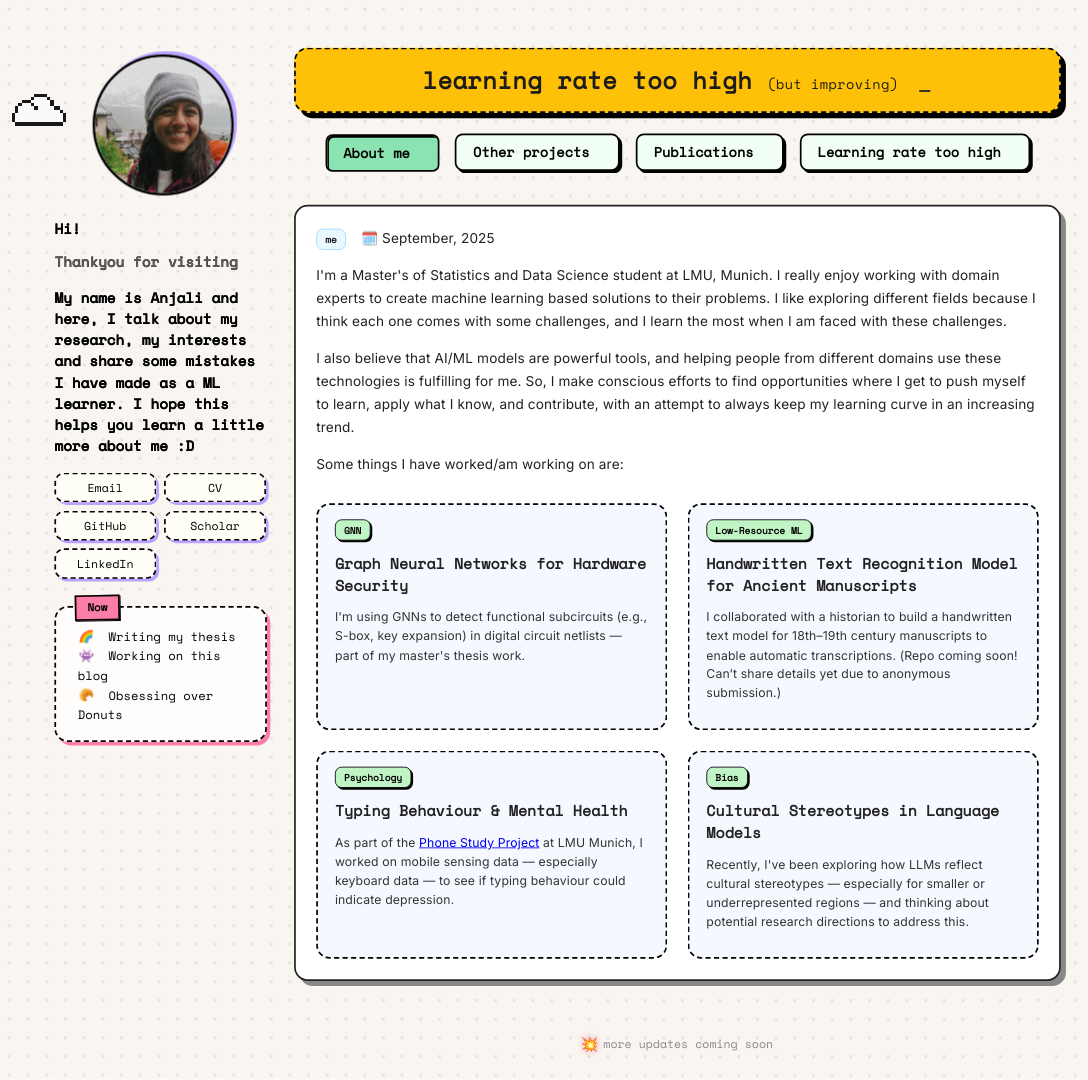
Repository: anjalisarawgi/learning_rate_too_high
Page: index.html
The author's editor kept a copy of each file at every save. The page is drawn from the files as they stood at one save, then again after the next save.
The browser window is 1280 px wide. The pictures show the whole page, at 85% of full size.

Above is the page before, as saved 2025-11-04 15:25:10.

### index.html
<!DOCTYPE html>
<html lang="en">
<head>
  <meta charset="UTF-8" />
  <meta name="viewport" content="width=device-width, initial-scale=1.0" />
  <meta name="title" content="Learning Rate Too High – Machine Learning Mistakes by Anjali Sarawgi">
  <meta name="description" content="A lighthearted blog documenting my ML experiments, mistakes, and lessons learned.">
  <meta name="author" content="Anjali Sarawgi">
  <meta name="robots" content="index, follow">
  <link rel="canonical" href="https://anjalisarawgi.github.io/learning_rate_too_high/">
  <title>learning rate too high</title>
  <!-- <link href="https://fonts.googleapis.com/css2?family=Space+Mono&family=Press+Start+2P&display=swap" rel="stylesheet"> -->
  <link href="https://fonts.googleapis.com/css2?family=Space+Mono&family=Press+Start+2P&family=Inter&display=swap" rel="stylesheet">
  <style>
    body {
      font-family: 'Space Mono', monospace;
      background-color: #F9F6F2;
      margin: 0;
      padding: 2rem;
      /* background-image: radial-gradient(#ebe9e9 2px, transparent 1px); */
      /* background-image: radial-gradient(#E0DBD2 2px, transparent 2px); */
      /* background-size: 22px 22px; */
      background-image: radial-gradient(#E8E4DE 2px, transparent 2px);
  background-size: 22px 22px;
    }

    header {
      background: #FFC107;
      color: #1C1C1C;
      padding: 1rem 2rem;
      font-size: 1.75rem;
      font-weight: 700;
      font-family: 'Space Mono', monospace;
      border: 2px dashed #000;
      border-radius: 1rem;
      box-shadow: 6px 6px 0 #000;
      max-width: 900px;
      margin: 1.5rem auto;
      text-align: center;
      letter-spacing: 0.5px;
      transition: all 0.2s ease;

    }

    .cursor {
      display: inline-block;
      margin-left: 0.3rem;
      animation: blink 1s steps(2, start) infinite;
      font-weight: 400;
    }

    @keyframes blink {
      to {
        visibility: hidden;
      }
    }

    nav {
      display: flex;
      justify-content: center;
      gap: 2rem;
      margin: 1.5rem 0;
      flex-wrap: wrap;
    }

    nav a {
  text-decoration: none;
  color: #000;
  font-weight: bold;
  border-bottom: 2px dashed #000;
  padding: 0.25rem 0.5rem;
  transition: all 0.2s ease;
}

nav a:hover {
  background: #A9E6AE; /* slightly darker green */
  border-radius: 0.5rem;
  transform: scale(1.05);
}

nav a.active {
  background: #C1F4C5; /* light green */
  border-radius: 0.5rem;
  font-weight: 700;
  box-shadow: inset 0 -2px 4px rgba(0,0,0,0.1);
}

    .card {
      background: #fff;
      border: 2px solid #222;
      border-radius: 1rem;
      box-shadow: 6px 6px 0 #888;
      padding: 1.5rem;
      margin: 2rem auto;
      max-width: 900px;
      transition: all 0.2s ease;


    }

    /* .card:hover {
      box-shadow: 8px 8px 0 #aaa;
      transform: translate(-2px, -2px);
    } */

    .card h2 {
      margin-top: 0;
      color: #222;
    }

    .card small {
      color: #555;
    }

    .tag {
      display: inline-block;
      background: #EAF8FF;
      color: #1C1C1C;
      border: 1px solid #A1D8FF;
      font-size: 0.7rem;
      font-weight: bold;
      padding: 0.2rem 0.6rem;
      margin-right: 0.5rem;
      border-radius: 0.5rem;
    }

    .footer-cta {
      text-align: center;
      margin-top: 4rem;
      font-size: 1rem;
    }


/*
.now-block:hover {
  transform: translate(-2px, -2px);
  box-shadow: 6px 6px 0 #ffccb6;
  background: #fff4f0;
} */
    footer {
      text-align: center;
      margin-top: 4rem;
      color: #888;
      font-size:
       0.85rem;
    }

    .intro-bold {
      font-weight: 700;
      font-size: 1.05rem;
      /* color: #111; */
      text-shadow: 0.1px 0.1px #111
    }
    .cute-photo {
  width: 160px;
  height: 160px;
  object-fit: cover;
  border: 3px solid #000;
  box-shadow: 4px 4px 0 #bca2ff;
  /* box-shadow: 4px 4px 0 #a2d2ff; soft blue shadow */
    /* box-shadow: 4px 4px 0 #f4a7a0; pastel red shadow */
  background-color: #fff8e1;
  background: radial-gradient(circle at 30% 30%, #fff8e1 0%, #f2e3ff 80%);
  border-radius: 50%;
  margin: 0 auto 1.5rem auto;
  display: block;

  /* Proper flower mask pattern */
  mask: radial-gradient(circle at center, black 60%, transparent 61%)
        repeat-conic-gradient(black 0deg 20deg, transparent 20deg 40deg);
  -webkit-mask: radial-gradient(circle at center, black 60%, transparent 61%)
                repeat-conic-gradient(black 0deg 20deg, transparent 20deg 40deg);
  mask-composite: intersect;
  -webkit-mask-composite: destination-in;

  transition: transform 0.3s ease;
  transform: rotate(-90deg);
}

.pumpkin-mascot {
  position: fixed;
  bottom: 20px;
  right: 20px;
  width: 60px;
  image-rendering: pixelated; /* keeps that crisp pixel look */
  z-index: 1000;
  transition: transform 0.3s ease;
}
.pumpkin-mascot:hover {
  transform: rotate(8deg) scale(1.1);
}


.profile-photo {
  position: relative;
  z-index: 2;  /* photo stays in front */
  width: 200px; /* adjust to your photo size */
  border-radius: 12px;
}

.photo-container {
  position: relative;
  width: 160px;      /* match your photo size */
  height: 160px;
  margin: 0 auto 2rem auto;
}

.cute-photo {
  position: relative;
  z-index: 2;         /* bring photo above */
  width: 160px;
  height: 160px;
  object-fit: cover;
  border: 3px solid #000;
  box-shadow: 4px 4px 0 #bca2ff;
  background-color: #fff8e1;
  background: radial-gradient(circle at 30% 30%, #fff8e1 0%, #f2e3ff 80%);
  border-radius: 50%;
  display: block;
  margin: 0 auto;
  transition: transform 0.3s ease;
  transform: rotate(-90deg);
}

.cloud-behind {
  position: absolute;
  top: 20px;
  left: -100px;
  width: 120px;
  z-index: 1;          /* this ensures it’s BEHIND the photo */
  image-rendering: pixelated;
  animation: floatCloud 18s ease-in-out infinite;
  opacity: 0.8;
  pointer-events: none; /* prevents blocking clicks on the photo */
}

@keyframes floatCloud {
  0% {
    transform: translateX(-60px);
    opacity: 0.6;
  }
  25% {
    transform: translateX(0);
    opacity: 0.9;
  }
  50% {
    transform: translateX(60px);
    opacity: 0.9;
  }
  75% {
    transform: translateX(0);
    opacity: 0.8;
  }
  100% {
    transform: translateX(-60px);
    opacity: 0.6;
  }
}


.emoji {
  display: inline-block;
  animation: emojiWiggle 1.5s infinite ease-in-out;
  transform-origin: center;
}

@keyframes emojiWiggle {
  0%, 100% {
    transform: rotate(0deg);
  }
  25% {
    transform: rotate(8deg);
  }
  50% {
    transform: rotate(-8deg);
  }
  75% {
    transform: rotate(4deg);
  }
}

.cute-photo:hover {
  box-shadow: 0 0 10px rgba(188, 162, 255, 0.4);
  transform: scale(1.05);
}
    /* .cute-photo:hover {
  transform: rotate(2deg) scale(1.05);
  transition: all 0.3s ease;
} */
    /* Make text inside .card paragraphs and lists use Inter instead of Space Mono */
/* Card body text with smaller, cleaner font */
.card p,
.card li,
.card small {
  font-family: 'Inter', sans-serif;
  font-size: 1rem;           /* ↑ from 0.85rem */
  line-height: 1.7;          /* better readability */
  color: #222;               /* darker text for contrast */
  letter-spacing: 0.01rem;   /* subtle polish */
}

/* Card headings stay Space Mono */
.card h2 {
  font-family: 'Space Mono', monospace;
  font-size: 1.3rem;         /* Optional: Slightly smaller heading too */
}
ul li {
  margin-bottom: 0.7rem; /* adjust value as needed */
  line-height: 1.6; /* optional: improves readability */
}
.project-card {
  background: #F5F9FF;
  border: 2px dashed #000;
  border-radius: 1rem;
  /* box-shadow: 2px 2px 0 #000; */
  padding: 1rem 1.25rem;
  margin: 0;
  transition: all 0.25s ease;
}


.project-card:hover {
  transform: translate(-2px, -2px);
  box-shadow: 4px 4px 0 #666;
  background: #eff5ff;
}

.project-card h4 {
  font-family: 'Space Mono', monospace;
  font-size: 1.1rem;
  margin: 0.4rem 0;
  color: #222;
}

.project-card p {
  font-family: 'Inter', sans-serif;
  font-size: 0.9rem;
  line-height: 1.55;
  color: #333;
}

.project-card .tag {
  display: inline-block;
  background: #C1F4C5;
  border: 1px solid #000;
  border-radius: 0.5rem;
  font-size: 0.7rem;
  font-weight: bold;
  padding: 0.2rem 0.6rem;
  margin-bottom: 0.4rem;
  color: #000;
  box-shadow: 2px 2px 0 #000;
}

.projects-section {
  display: grid;
  grid-template-columns: repeat(auto-fit, minmax(320px, 1fr));
  gap: 1.5rem;
  margin-top: 2rem;
}
.projects-section h3 {
  font-family: 'Space Mono', monospace;
  font-size: 1.2rem;
  margin-top: 2rem;
  color: #222;
  text-shadow: 1px 1px #fff;
}

footer .boom {
  display: inline-block;
  animation: boomPulse 2s infinite;
  filter: drop-shadow(0 0 4px rgba(255, 0, 0, 0.4));
}

@keyframes boomPulse {
  0%, 100% { transform: scale(1); }
  50% { transform: scale(1.2); }
}

.contact-links {
  display: flex;
  flex-wrap: wrap;
  gap: 0.6rem;
  margin: 1.2rem 0;
}

.contact-links a {
  display: inline-block;
  text-decoration: none;
  color: #000;
  background: #fffef7;
  border: 2px dashed #000;
  border-radius: 0.7rem;
  padding: 0.35rem 0.8rem;
  font-family: 'Space Mono', monospace;
  font-size: 0.85rem;
  box-shadow: 3px 3px 0 #bca2ff;
  transition: all 0.2s ease;
  text-align: center;
  min-width: 90px;
}

.contact-links a:hover {
  background: #C1F4C5;
  box-shadow: 4px 4px 0 #000;
  transform: translate(-2px, -2px);
}

.contact-links a span {
  margin-right: 0.4rem;
  font-size: 0.9rem;
  vertical-align: middle;
}
.now-block {
  position: relative;
  background: #fffdfc;
  border: 2px dashed #000;
  border-radius: 1rem;
  box-shadow: 4px 4px 0 #FB7DA8;
  padding: 1.4rem 1.6rem 1.2rem 1.6rem;
  margin-top: 2rem;
  font-family: 'Space Mono', monospace;
  font-size: 0.9rem;
  color: #000;
  transition: all 0.25s ease;
  max-width: 220px; /* keeps it compact */
}

/* .now-block:hover {
  transform: translate(-2px, -2px);
  box-shadow: 6px 6px 0 #000;
  background: #fff8e7;
} */

/* "Now" tab — fixed placement and better sizing */
.now-block::before {
  content: "Now";
  position: absolute;
  top: -0.9rem;
  left: 1.4rem;
  background: #FB7DA8;
  border: 2px solid #000;
  /* border-radius: 6px 6px 0 0; */
  padding: 0.2rem 0.8rem 0.25rem;
  font-size: 0.8rem;
  font-weight: bold;
  box-shadow: 1px 1px 0 #000;
  transform: rotate(-1deg);
}

/* List styling */
.now-block p {
  margin: 0;
  line-height: 1.6;
  text-align: left;
}

.now-block .emoji {
  margin-right: 0.5rem;
  display: inline-block;
  width: 1.2rem;
  text-align: center;
}
nav {
  display: flex;
  justify-content: center;
  flex-wrap: wrap;
  gap: 1.2rem;
  margin: 1.5rem 0 2.5rem 0;
}

nav a {
  position: relative;
  text-decoration: none;
  color: #000;
  font-family: 'Space Mono', monospace;
  font-weight: 600;
  background: #F1FFF7; /* soft lavender-tinted white */
  border: 2px solid #000;
  border-radius: 0.6rem;
  padding: 0.5rem 1.2rem;
  box-shadow: 3px 3px 0 #000;
  transition: all 0.15s ease;
}

nav a:hover {
  background: #C8F6DA; /* light pastel purple */
  transform: translate(-2px, -2px);
  box-shadow: 5px 5px 0 #000;
}

nav a.active {
  background: #8CE3B2; /* pink accent from your “Now” block */
  color: #000;
  border: 2px solid #000;
  box-shadow: 2px 2px 0 #000 inset;
  transform: translate(1px, 1px);
}

/* Optional tiny underscore animation */
nav a::after {
  content: "_";
  opacity: 0;
  margin-left: 0.25rem;
  transition: opacity 0.2s ease;
}

nav a:hover::after {
  opacity: 1;
}

  </style>
</head>
<body>
  <div style="display: flex; max-width: 1400px; margin: 0 auto;">
    <aside style="width: 250px; padding: 2rem; font-family: 'Space Mono', monospace;">
      <!-- <img
      src="myphoto2.jpeg"
      alt="Anjali Sarawgi"
      class="cute-photo"> -->
      <div class="photo-container">
        <img src="cloud_image.png" alt="Cloud mascot" class="cloud-behind">
        <img src="myphoto2.jpeg" alt="Anjali photo" class="cute-photo">
      </div>
      <h2 class="intro-bold" style="margin-top: 0;">Hi!</h2>
      <h3 class="intro-bold" style="margin-top: 0; color: #5a5a5a;">Thankyou for visiting</h3>
      <p class="intro-bold">
        My name is <strong>Anjali</strong> and here, I talk about my research, my interests and share some mistakes I have made as a ML learner. I hope this helps you learn a little more about me :D
      </p>
      <div class="contact-links">
        <a href="mailto:anjali.sarawgi9@gmail.com">Email</a>
        <a href="cv.pdf" target="_blank">CV</a>
        <a href="https://github.com/anjalisarawgi" target="_blank">GitHub</a>
        <a href="https://scholar.google.com/citations?user=S54iOkAAAAAJ&hl=en" target="_blank">Scholar</a>
        <a href="https://www.linkedin.com/in/anjali-sarawgi/" target="_blank">LinkedIn</a>
      </div>
      <!-- <a href="mailto:anjali.sarawgi9@gmail.com" style="display: flex; align-items: center; gap: 0.4rem; text-decoration: none; color: #000;"> -->
        <!-- Email Icon -->
        <!-- <svg xmlns="http://www.w3.org/2000/svg" width="16" height="16" fill="currentColor" viewBox="0 0 24 24">
          <path d="M2 4h20v16H2V4zm2 2v.511l8 5.334 8-5.334V6H4zm0 2.489V18h16V8.489l-8 5.333-8-5.333z"/>
        </svg>
        <span>Email</span>
      </a> -->


      <!-- GitHub -->
      <!-- <a href="https://github.com/anjalisarawgi" target="_blank" style="display: flex; align-items: center; gap: 0.4rem; text-decoration: none; color: #000;">
        <svg xmlns="http://www.w3.org/2000/svg" width="16" height="16" fill="currentColor" viewBox="0 0 24 24">
          <path d="M12 0C5.37 0 0 5.37 0 12a12 12 0 008.21 11.43c.6.11.82-.26.82-.58v-2.02c-3.34.73-4.04-1.61-4.04-1.61-.55-1.38-1.35-1.75-1.35-1.75-1.1-.76.08-.74.08-.74 1.22.09 1.87 1.25 1.87 1.25 1.08 1.85 2.84 1.31 3.54 1 .11-.79.42-1.31.76-1.61-2.66-.3-5.47-1.33-5.47-5.91 0-1.31.47-2.38 1.24-3.22-.12-.3-.54-1.52.12-3.17 0 0 1-.32 3.29 1.23A11.45 11.45 0 0112 6.84c1.02.01 2.04.14 3 .42 2.29-1.55 3.29-1.23 3.29-1.23.66 1.65.24 2.87.12 3.17.77.84 1.24 1.91 1.24 3.22 0 4.6-2.82 5.61-5.5 5.91.43.37.81 1.09.81 2.21v3.27c0 .32.22.69.83.57A12 12 0 0024 12c0-6.63-5.37-12-12-12z"/>
        </svg>
        <span>GitHub</span>
      </a> -->



      <div class="now-block">
        <!-- <h3>Now</h3> -->
        <!-- <p>🌈 Writing my thesis<br>👾 Working on this blog <br>🥐 Obsessing over Donuts</p> -->
        <p>
          <span class="emoji">🌈</span> Writing my thesis<br>
          <span class="emoji">👾</span> Working on this blog<br>
          <span class="emoji">🥐</span> Obsessing over Donuts
        </p>
      </div>
    </aside>

    <main style="flex: 1;">
      <header>learning rate too high  <span style="font-size: 1rem; font-weight: 400;">(but improving)</span>
      <span class="cursor">_</span></header>
      <nav>
        <a href="#" data-tab="about" class="active" >About me</a>
        <a href="#" data-tab="other-projects">Other projects</a>
        <a href="#" data-tab="publications">Publications</a>
        <a href="#" data-tab="learning-rate-too-high">Learning rate too high</a>
        <!-- <a href="#" data-tab="loss-infinity">mistakes!</a> -->
        <!-- <a href="#" data-tab="raw-text">uncertainity?</a> -->
        <!-- <a href="#" data-tab="wrong-script">wrong script AGAIN!</a> -->
        <!-- <a href="#" data-tab="wrong-script">package version/s</a> -->
        <!-- <a href="#" data-tab="wrong-script">parameters are IMP</a> -->
        <!-- <a href="#" data-tab="wrong-script">some research directions i think of</a> -->
        <!-- <a href="#" data-tab="wrong-script">the data problem</a> -->

        <!-- <a href="#" data-tab="shuffled-labels">shuffled labels</a> -->
      </nav>

      <div class="card" data-tab-content="wrong-script" style="display: none;">
        <div class="tag">bug</div><div class="tag">torch</div>
        <h2>correct code ... wrong script in training</h2>
        <small>🗓️ May, 2025</small>
        <p>I trained a model. I tweaked layers. I changed the loss function. I cursed PyTorch.<br>Nothing changed.<br><br>Turns out, I was editing <code>train.py</code> in folder A and running <code>train.py</code> in folder B. The curse was me.</p>
      </div>

      <div class="card" data-tab-content="loss-infinity" style="display: none;">
        <div class="tag">loss</div><div class="tag">div/0</div>
        <h2>loss infinity</h2>
        <small>🗓️ Jul 10, 2025</small>
        <p>My model diverged so hard it reached theological questions.<br>Turns out I forgot to normalize the input. Again. And again. And again...</p>
      </div>

      <div class="card" data-tab-content="raw-text" style="display: none;">
        <div class="tag">gnn</div><div class="tag">raw text</div>
        <h2>raw text to GNN</h2>
        <small>🗓️ Jun 5, 2025</small>
        <p>I tried putting raw text directly into a GNN.<br>It screamed. I listened.<br>Don't do it.</p>
      </div>

      <div class="card" data-tab-content="shuffled-labels" style="display: none;">
        <div class="tag">labels</div><div class="tag">oops</div>
        <h2>shuffled labels</h2>
        <small>🗓️ May 18, 2025</small>
        <p>I shuffled my data and accidentally shuffled the labels *separately*.<br>The model got creative, but not in a good way.</p>
      </div>

      <div class="card" data-tab-content="about" style="display: block;">
        <div class="tag">me</div>
        <!-- <h2>About me</h2> -->
        <small>🗓️ September, 2025</small>
        <!-- <h2>Hi, I'm Anjali ✨</h2> -->
        <p>I'm a Master's  of Statistics and Data Science student at LMU, Munich. I really enjoy working with domain experts to create machine learning based solutions to their problems. I like exploring different fields because I think each one comes with some challenges, and I learn the most when I am faced with these challenges.        </p>
        <p>I also believe that AI/ML models are powerful tools, and helping people from different domains use these technologies is fulfilling for me. So, I make conscious efforts to find opportunities where I get to push myself to learn, apply what I know, and contribute, with an attempt to always keep my learning curve in an increasing trend.</p>
        <p>Some things I have worked/am working on are:</p>
        <div class="projects-section">
          <div class="project-card">
            <div class="tag">GNN</div>
            <h4>Graph Neural Networks for Hardware Security</h4>
            <p>
              I'm using GNNs to detect functional subcircuits (e.g., S-box, key expansion)
              in digital circuit netlists — part of my master's thesis work.
            </p>
          </div>

          <div class="project-card">
            <div class="tag">Low-Resource ML</div>
            <h4>Handwritten Text Recognition Model for Ancient Manuscripts</h4>
            <p>
              I collaborated with a historian to build a handwritten text model for
              18th–19th century manuscripts to enable automatic transcriptions.
              (Repo coming soon! Can’t share details yet due to anonymous submission.)
            </p>
          </div>

          <div class="project-card">
            <div class="tag">Psychology</div>
            <h4>Typing Behaviour & Mental Health</h4>
            <p>
              As part of the <a href="https://phonestudy.org/en/" target="_blank">Phone Study Project</a> at LMU Munich,
              I worked on mobile sensing data — especially keyboard data —
              to see if typing behaviour could indicate depression.
            </p>
          </div>

          <div class="project-card">
            <div class="tag">Bias</div>
            <h4>Cultural Stereotypes in Language Models</h4>
            <p>
              Recently, I've been exploring how LLMs reflect cultural stereotypes —
              especially for smaller or underrepresented regions —
              and thinking about potential research directions to address this.
            </p>
          </div>
        </div>

        <!-- <ul>
          <li><strong>Graph Neural Networks</strong> -> I am using GNNs to detect functional subcircuits (e.g., Sbox, key expansion) in digital circuit netlists. This is a part of my master's thesis.
          <li><strong>Low-Resource ML</strong> -> I collaborated with a historian to build a handwritten text model for 18th and 19th century manuscripts to enable automatic transcriptions (repo to be released soon!) [<i>cannot say alot about this since we have a anonymous conference submission</i>]
          <li><strong>Psycological Research</strong> -> At LMU, Munich, I worked for the Phone study project (https://phonestudy.org/en/), where they capture and study mobile sensing data for finding methods to understand the users mental health. Here, very interestingly I worked on the keyboard data, where I prepared the data, and created features to see if users typing behaviour can indicate depression.
          <li><strong>Cultural bias</strong> -> Very recently, I have been very intrigued with the cultural stereotypes most large language models capture, especially the smaller and less represented regions, and I have been trying to infer these behaviours to see for another possible research direction i could work on this winter of 2025.  -->
             <!-- Particularly, I am curious to evaluate how these models handle smaller or less represented regions, for example Nepal. I think it would be very interesting to see if we can identify and solve for the biases in the dataset it was trained on itself. -->
        <!-- </ul> -->
      </div>
      <footer>
        <span class="boom">💥</span> more updates coming soon
      </footer>
      <!-- <img src="Cloud.png" alt="Cloud mascot" class="cloud-mascot"> -->
    </main>
  </div>

  <!-- JS for tab switching -->
  <script>
    const tabs = document.querySelectorAll('nav a');
    const cards = document.querySelectorAll('[data-tab-content]');

    tabs.forEach(tab => {
      tab.addEventListener('click', (e) => {
        e.preventDefault();
        const target = tab.getAttribute('data-tab');

        // Hide all cards
        cards.forEach(card => {
          card.style.display = 'none';
        });

        // Remove 'active' class from all tabs
        tabs.forEach(t => t.classList.remove('active'));

        // Add 'active' to clicked tab
        tab.classList.add('active');

        // Show the matching card
        const activeCard = document.querySelector(`[data-tab-content="${target}"]`);
        if (activeCard) activeCard.style.display = 'block';
      });
    });
  </script>
</body>
</html>

After the next save:
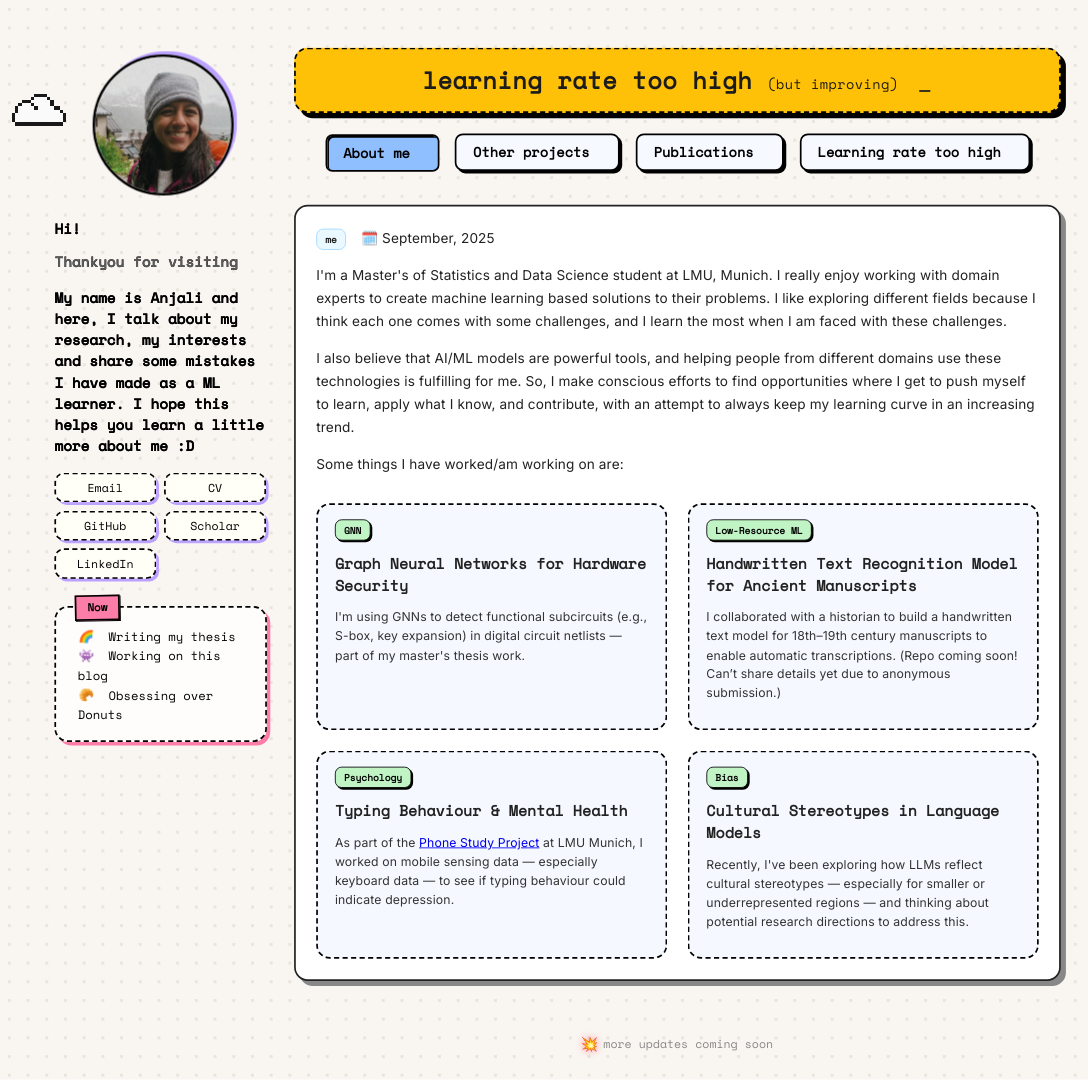
Saved 11 s later.
--- a/index.html
+++ b/index.html
@@ -470,29 +470,23 @@ nav {
 }
 
 nav a {
-  position: relative;
-  text-decoration: none;
-  color: #000;
-  font-family: 'Space Mono', monospace;
-  font-weight: 600;
-  background: #F1FFF7; /* soft lavender-tinted white */
+  background: #F6F9FF;
   border: 2px solid #000;
   border-radius: 0.6rem;
   padding: 0.5rem 1.2rem;
+  color: #000;
   box-shadow: 3px 3px 0 #000;
   transition: all 0.15s ease;
 }
 
 nav a:hover {
-  background: #C8F6DA; /* light pastel purple */
+  background: #CDE0FF; /* vintage blue hover */
   transform: translate(-2px, -2px);
   box-shadow: 5px 5px 0 #000;
 }
 
 nav a.active {
-  background: #8CE3B2; /* pink accent from your “Now” block */
-  color: #000;
-  border: 2px solid #000;
+  background: #8FBFFF; /* denim blue active */
   box-shadow: 2px 2px 0 #000 inset;
   transform: translate(1px, 1px);
 }
